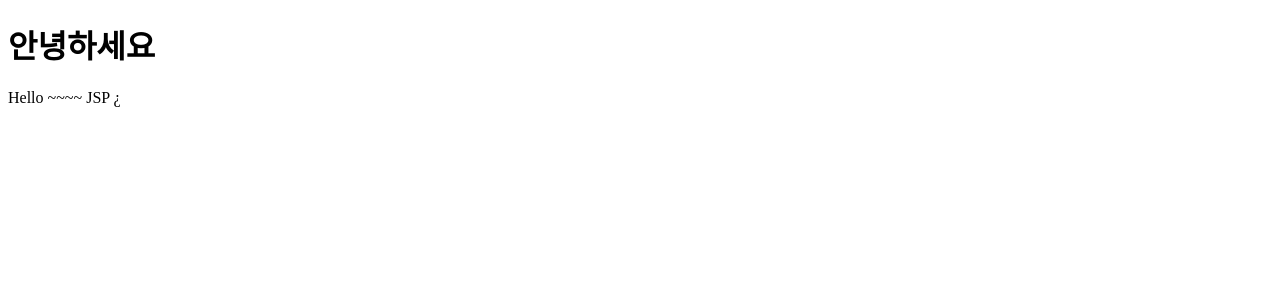
Repository: SEOGWANGWON/jsp_workspace
Page: http://localhost/join/register.jsp
The author's editor kept a copy of each file at every save. The page is drawn from the files as they stood at one save, then again after the next save.
The browser window is 1280 px wide. The pictures show the whole page.
The page is served by Tomcat 9.

Above is the page before, as saved 2023-11-07 00:39:49.

### join/src/main/webapp/register.jsp
<%@ page language="java" contentType="text/html; charset=EUC-KR"
    pageEncoding="EUC-KR"%>
<!DOCTYPE html>
<html>
	<head>
	<meta charset="EUC-KR">
	<title>Insert title here</title>
	</head>
	<body>
		<h1>안녕하세요</h1>
		<%
		String msg = "Hello ~~~~ JSP ¿";
		out.println(msg);
		%>
	</body>
</html>

After the next save:
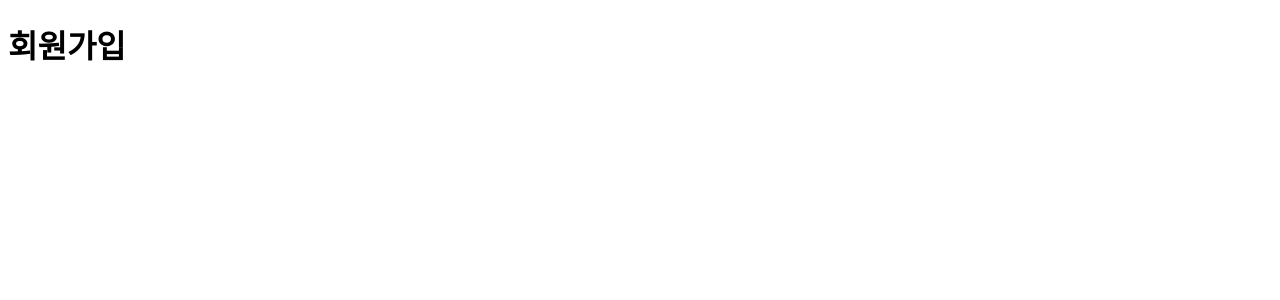
Saved 4 s later.
--- a/join/src/main/webapp/register.jsp
+++ b/join/src/main/webapp/register.jsp
@@ -7,10 +7,6 @@
 	<title>Insert title here</title>
 	</head>
 	<body>
-		<h1>안녕하세요</h1>
-		<%
-		String msg = "Hello ~~~~ JSP ¿";
-		out.println(msg);
-		%>
+		<h1>회원가입</h1>
 	</body>
 </html>
